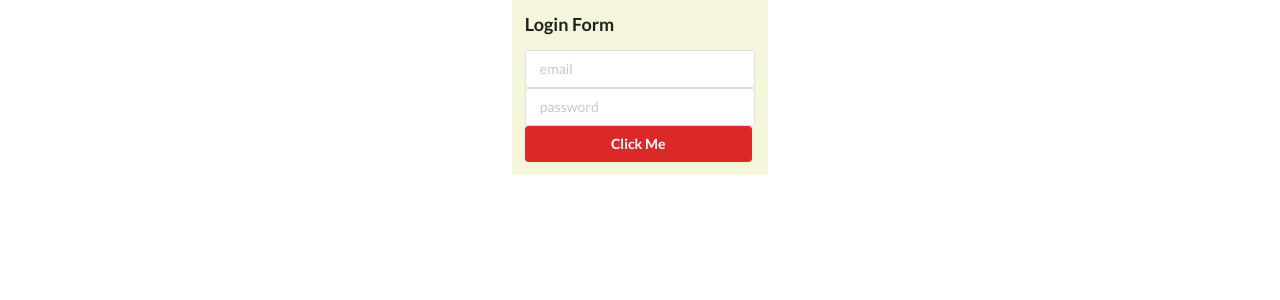
Repository: anagarango/dai-week4-assignment
Page: / (app in dai_web_ex/)
The author's editor kept a copy of each file at every save. The page is drawn from the files as they stood at one save, then again after the next save.
The browser window is 1280 px wide. The pictures show the whole page.
The project was rebuilt for these pictures with package versions that can differ from the ones it lists, and the page was loaded fresh each time. The framework's server and built-in components were replaced by stand-ins that run in the browser. Also part of the build but not shown: dai_web_ex/next.config.js.

Above is the page before, as saved 2022-09-26 16:22:50.

### dai_web_ex/pages/_app.js
import 'semantic-ui-css/semantic.min.css'

function MyApp({ Component, pageProps }) {
  return <Component {...pageProps} />
}

export default MyApp

### dai_web_ex/pages/index.js
import { Button } from 'semantic-ui-react'
import {useRouter} from 'next/router'
import LoginForm from '../comps/loginform'
import { Dimmer, Loader, Image, Segment } from 'semantic-ui-react'

// The router and states are mostly used in the page for data/information state management
import {useState} from 'react'

export default function Home() {
  const r = useRouter();
  //before, during, after
  const [logInState, setLogInState] = useState("before")



  var c = "blue"
  var btn_text = "Click Me"

  if(logInState === "before"){
    c = "red";
  } if(logInState === "during"){
    c = "yellow";
    btn_text = "Waiting..."
  } if(logInState === "after"){
    c = "green";
    btn_text = "Transferring you to Dashboard!"
  }



  const HandleButtonColor = () =>{
    if (logInState === "before"){
      setLogInState("during");

    }
    if (logInState === "during"){
      setLogInState("after");

    }
    if (logInState === "after"){
      r.push("/dashboard")
    }
  }

  // async = when it takes time to connect to a server
  const Login = async () => {
    setLogInState("during");
    // its going to take time
    // mock of the time passing -> this code is useless and doesnt do anything
    await new Promise(resolve=>setTimeout(resolve, 3000))

    setLogInState("after");
    // its going to stall for 1-2 seconds
    await new Promise(resolve=>setTimeout(resolve, 2000))

    r.push("/dashboard")

  }

  return (
    <div>
      {/* <Button color={c} onClick={()=>Login()}>{btn_text} */}
      {/* <Segment>
        <Dimmer active> */}
          {/* {logInState === "during" && <Loader active/>} */}
        {/* </Dimmer>
      </Segment> */}
      {/* </Button> */}
      <LoginForm logInState={logInState} onLogInClick={()=>Login()}></LoginForm>

    </div>
  )
}

### dai_web_ex/comps/loginform/index.js
import { Button, Loader, Input, View } from 'semantic-ui-react'
import styled from 'styled-components'

export default function LoginForm({
    logInState="before",
    onLogInClick=()=>{}
}){

  const Box = styled.div`
    width: 20%;
    height: 10%;
    background-color: beige;
    display:flex;
    flex-direction: column;
    padding: 1%
    `
    const View = styled.div`
    width:100%;
    height:100%;
    display:flex;
    justify-content: center;
    align-items: center;
    `


    var c = "blue"
    var btn_text = "Click Me"

  if(logInState === "before"){
    c = "red";
  } if(logInState === "during"){
    c = "yellow";
    btn_text = "Waiting..."
  } if(logInState === "after"){
    c = "green";
    btn_text = "Transferring you to Dashboard!"
  }


    return <View>
        <Box>
          <h3>Login Form</h3>
          <Input disabled={logInState !== "before"} placeholder="email"></Input>
          <Input disabled={logInState !== "before"} placeholder="password"></Input>
          <Button color={c} onClick={onLogInClick}>{btn_text}
          {logInState === "during" && <Loader active/>}
          </Button>
        </Box>
    </View>
}

After the next save:
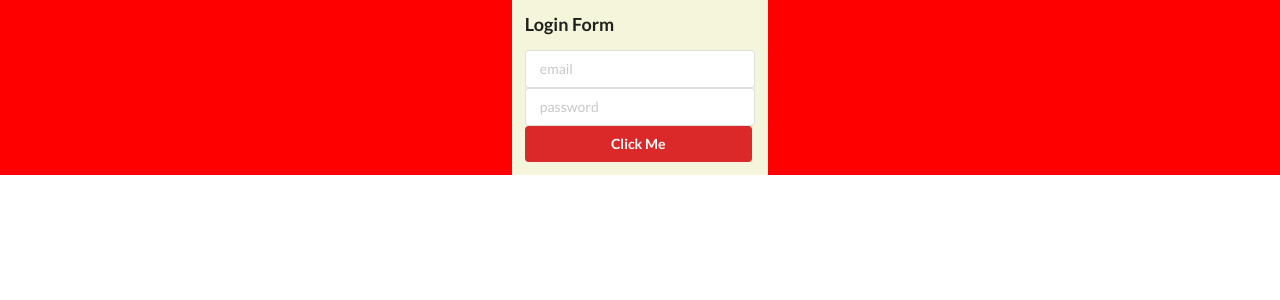
Saved 12 s later.
--- a/dai_web_ex/comps/loginform/index.js
+++ b/dai_web_ex/comps/loginform/index.js
@@ -20,6 +20,7 @@ export default function LoginForm({
     display:flex;
     justify-content: center;
     align-items: center;
+    background-color:red
     `
 
 
